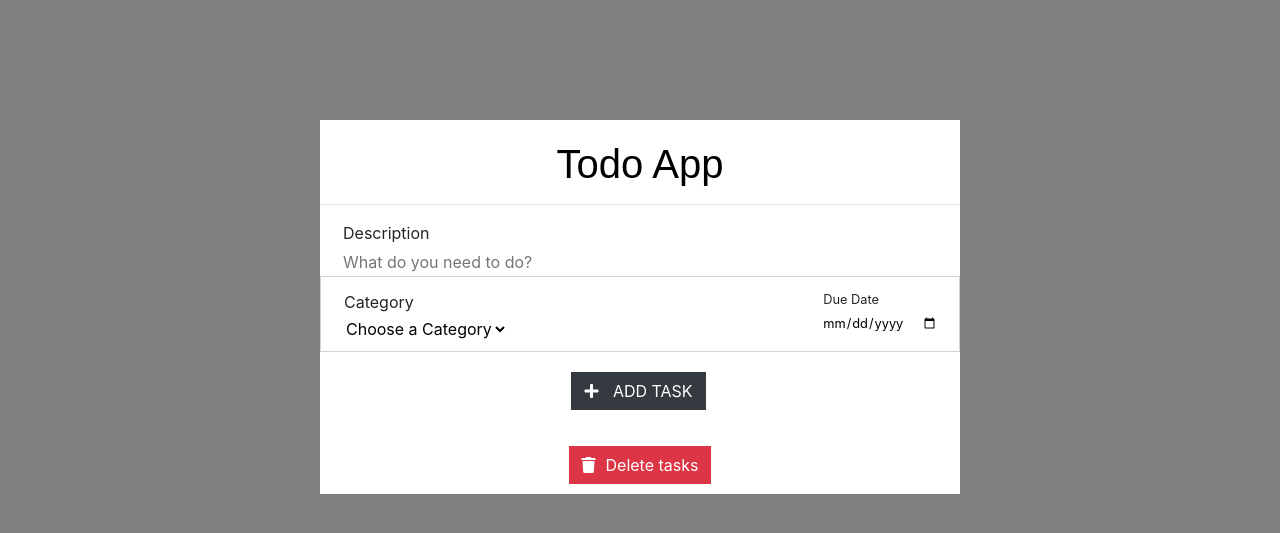
Repository: Sayan-100/Todo-List
Page: http://localhost/
An editor plug-in stored every save of this project. The page is shown before and after the next save, followed by the edit.
The browser window is 1280 px wide. The pictures show the whole page.
Some web libraries are served in a nearby version. The page is served by the project's Node server (index.js). Queries for data that is not in the repository find no rows.

Above is the page before, as saved 2021-12-29 22:00:41.
Not found: js/home.js

After the next save:
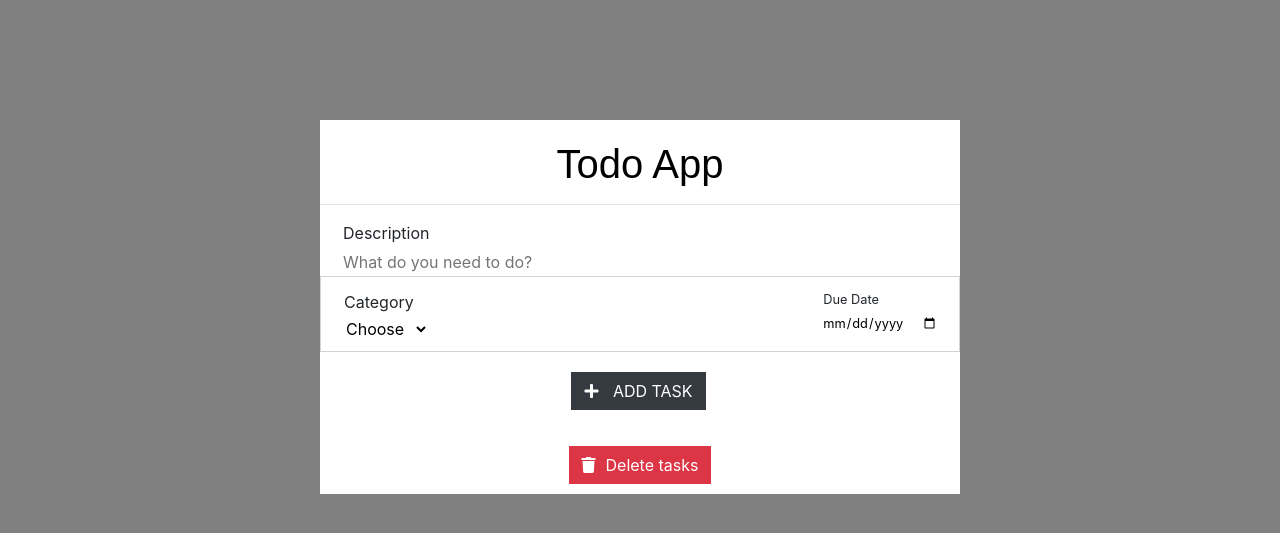
Saved 8 s later.
--- a/views/home.ejs
+++ b/views/home.ejs
@@ -31,7 +31,7 @@
                 <div class="cat">
                     <p>Category</p>
                     <select name="category" id="cat" required>
-                        <option name="Choose" selected>Choose a Category</option>
+                        <option name="Choose" selected disabled>Choose</option> a Category</option>
                         <option name="Personal">Personal</option>
                         <option name="Work">Work</option>
                         <option name="Cleaning">Cleaning</option>
